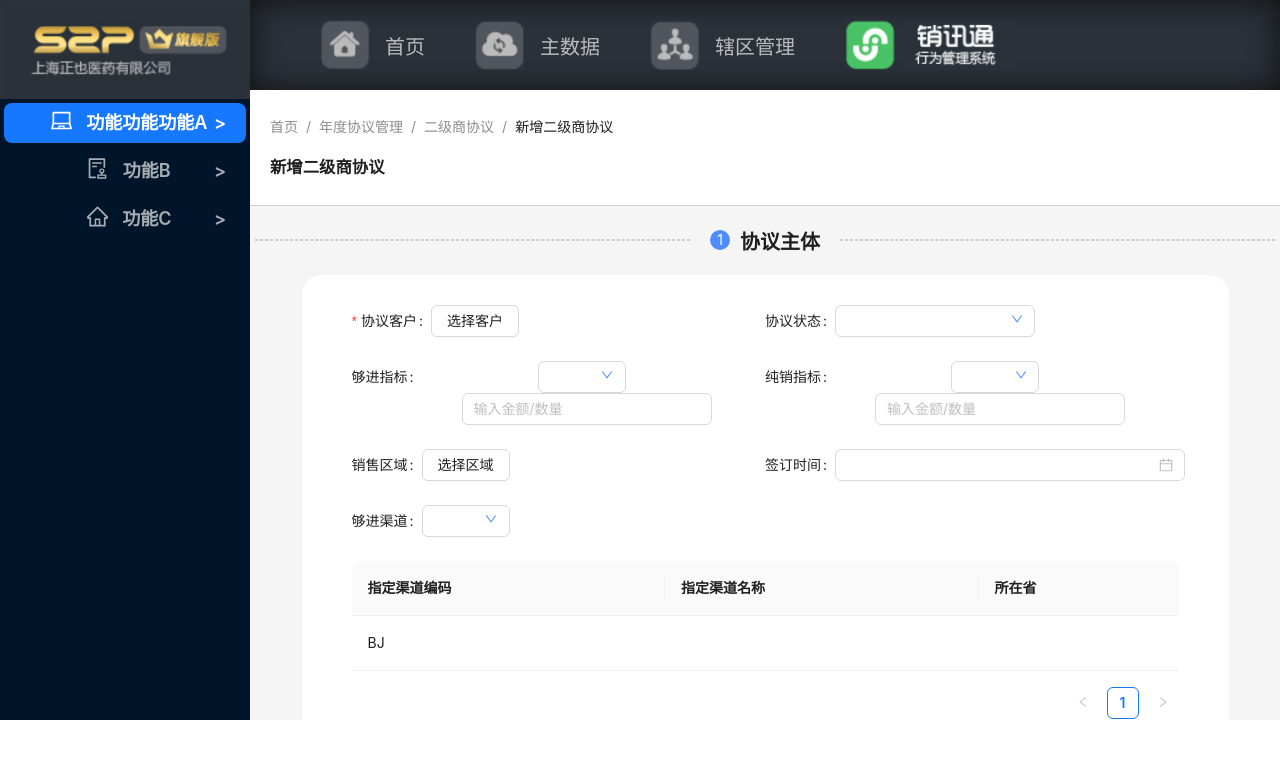
Repository: XiChips/questionB
Page: /
These files come from the project's save history. The page is drawn as it stood at one moment and after the next save; the edit follows.
The browser window is 1280 px wide. The pictures show the whole page.
The project was rebuilt for these pictures with package versions that can differ from the ones it lists, and the page was loaded fresh each time. Also part of the build but not shown: vue.config.js.

Above is the page before, as saved 2024-02-28 13:27:32.

### src/main.js
import { createApp } from 'vue'
import App from './App.vue'
import router from './router'
import store from './store'
import { setupAntd } from './ant-design-vue/index'
import { message } from "ant-design-vue";
import './assets/css/index.css'
// import axios from "axios";
// moment.locale('zh-cn')
const app = createApp(App)
setupAntd(app)
// app.use(Button).use(Layout)
app.use(store).use(router).mount('#app')



// app.config.globalProperties.$axios = axios
app.config.globalProperties.$message = message

### src/router/index.js
import { createRouter, createWebHashHistory } from 'vue-router'

const routes = [
  {
    path: '/',
    name: 'home',
    component: () => import('../views/home.vue')
  },
  {
    path: '/about',
    name: 'about',

    component: () => import('../views/AboutView.vue')
  }
]

const router = createRouter({
  history: createWebHashHistory(),
  routes
})

export default router

### src/ant-design-vue/index.js
import { Button, Layout, Image, Form, Checkbox,Radio, Input, Popover, Menu, Drawer, Breadcrumb, Typography, message, Divider, Table, DatePicker, Popconfirm, Space, InputNumber, Select, PageHeader, Steps, Statistic, Transfer, Upload, Switch, Modal, Tabs } from 'ant-design-vue';

// import 'ant-design-vue/dist/antd.min.css'

const components = [
    Button,
    Layout,
    Form,
    Input,
    Menu,
    Breadcrumb,
    Table,
    Popconfirm,
    Select,
    PageHeader,
    Steps,
    Transfer,
    Upload,
    Switch,
    Modal,
    Tabs,
    Statistic,
    InputNumber,
    Space,
    DatePicker,
    Divider,
    Image,
    Typography,
    Drawer,
    Popover,
    Radio,
    Checkbox
]

export function setupAntd(app) {
    components.forEach(component => {
        app.use(component)
    })
    app.config.globalProperties.$message = message
}

### src/assets/css/index.css
body {
    margin: 0;
}

.logo img {
    width: 100%;
}

:where(.css-dev-only-do-not-override-1hsjdkk).ant-menu-dark {
    background-color: rgb(42, 49, 57);
}

.ant-menu .anticon {
    margin-right: 10px;
    font-size   : 18px;
}


.ant-upload-select-picture-card i {
    font-size: 32px;
    color    : #999;
}

.ant-upload-select-picture-card .ant-upload-text {
    margin-top: 8px;
    color     : #666;
}

.ant-upload-list-picture-card .ant-upload-list-item:hover .ant-upload-list-item-info:before {
    left: 0;
}

.ant-page-header {
    background: #fff;
}

.ant-page-header.has-breadcrumb {
    padding: 5px 24px;
}

.ant-menu {
    font-size  : 18px;
    font-weight: 600;
}

.ant-tabs-tab span {
    color      : #000;
    font-weight: bold;
    display    : inline-block;
}


.ant-upload-list-picture-card .ant-upload-list-item-info:before {
    left: 0
}

hr {
    width       : 90%;
    margin      : 0 auto;
    border-color: #99999910;
}

.title {
    background-color: rgb(42, 49, 57);
    display         : flex;
    height          : fit-content;
    padding         : 20px 70px;
    color           : rgb(187, 187, 187);
    box-shadow      : inset 0px 0 30px #111;
}

.title>div {
    margin-right: 50px;
    font-size   : 20px;
}

.title img {
    width         : 50px;
    height        : 50px;
    margin-right  : 15px;
    vertical-align: middle;
}

.title span {
    display         : inline-block;
    vertical-align  : middle;
    /* margin-bottom: 5px; */
}

:where(.css-dev-only-do-not-override-1hsjdkk).ant-menu-inline.ant-menu-root .ant-menu-item>.ant-menu-title-content,
:where(.css-dev-only-do-not-override-1hsjdkk).ant-menu-inline.ant-menu-root .ant-menu-submenu-title>.ant-menu-title-content {
    flex: none;
}

.ant-menu .anticon svg {
    width : 1.5em;
    height: 1.5em;
}

.title2 {
    display        : flex;
    justify-content: space-between;
    align-items    : center;
}

.title2>div {
    width: 300px;
}

.title2 hr {
    height: 1px;
    border: 1px dashed #ccc;
    margin: 0 5px;
}

.title2 span {
    display         : inline-block;
    width           : 20px;
    height          : 20px;
    line-height     : 20px;
    background-color: rgb(79, 140, 255);
    color           : #fff;
    border-radius   : 50%;
    margin-right    : 10px;
    vertical-align  : middle;
}


.title2 p {
    display       : inline-block;
    font-size     : 20px;
    vertical-align: middle;
    font-weight   : bold;
}

.area {
    background-color: #fff;
    border-radius   : 20px;
    width           : 90%;
    margin          : 0 auto;
    padding         : 30px 50px;
}

.line2 {
    display        : flex;
    justify-content: space-between;
}

.line2>div {
    width: 50%;
}

.area .ant-form-item-control-input {
    width: 25vw;
}

.ant-form-item-control-input-content {
    flex: none !important;
}

:where(.css-dev-only-do-not-override-1hsjdkk).ant-form-item .ant-form-item-label {
    /* position: relative; */
    overflow: visible;
}

:where(.css-dev-only-do-not-override-1hsjdkk).ant-form-item .ant-form-item-label>label.ant-form-item-required:not(.ant-form-item-required-mark-optional)::before {
    position: absolute;
    left    : -12px;
    top     : 7px
}

:where(.css-dev-only-do-not-override-1hsjdkk).ant-select .ant-select-arrow .anticon>svg{
    vertical-align: middle;
}

### src/views/home.vue
<template>
  <a-layout>
    <a-layout>
      <a-layout-sider width="250">
        <a-menu theme="dark" v-model:selectedKeys="selectedKeys" v-model:openKeys="openKeys" mode="inline" :style="{ height: '100%', borderRight: 0 }">
          <div class="logo">
            <img src="../assets/images/logo.png" alt="">
          </div>
          <!-- <hr /> -->

          <div v-for="(item, i) in links" style="display: flex;justify-content: space-between;">
            <a-menu-item v-if="item.children == undefined" :key="`item${i}_0`" @click="changeTab(item.name)">
              <LaptopOutlined v-if="item.name == '功能功能功能A'" />
              <AuditOutlined v-if="item.name == '功能B'" />
              <HomeOutlined v-if="item.name == '功能C'" />
              {{ item.name }}
              <span style="position: absolute;right: 20px;">{{ ">" }}</span>
            </a-menu-item>

          </div>
        </a-menu>
      </a-layout-sider>
      <a-layout style="padding: 0px 0px 24px" theme="dark">
        <a-layout-content :style="{ background: 'rgb(245,245,245)', padding: '0px', margin: 0, minHeight: '280px', }">

          <div class="title">
            <div><img src="../assets/images/icon1.png" alt=""><span>首页</span></div>
            <div><img src="../assets/images/icon2.png" alt=""><span>主数据</span></div>
            <div><img src="../assets/images/icon3.png" alt=""><span>辖区管理</span></div>
            <div><img src="../assets/images/icon4.png" alt=""><img src="../assets/images/text.png" style="width: auto;margin-left: -5px;" alt=""></div>
          </div>
          <div style="padding: 10px 20px;background-color: rgb(255,255,255);border-bottom: 1px solid #ccc;">
            <a-breadcrumb :style="{ margin: '36px 20px' }">
              <a-breadcrumb-item>首页</a-breadcrumb-item>
              <a-breadcrumb-item>年度协议管理</a-breadcrumb-item>
              <a-breadcrumb-item>二级商协议</a-breadcrumb-item>
              <a-breadcrumb-item>新增二级商协议</a-breadcrumb-item>
            </a-breadcrumb>
            <h3 style="text-align: left;">
              新增二级商协议
            </h3>
          </div>
          <div class="content">
            <div class="title2">
              <hr>
              <div>
                <span>1</span>
                <p>协议主体</p>
              </div>
              <hr>
            </div>
            <div class="area">
              <a-form :model="formState" autocomplete="off" @finish="onFinish" @finishFailed="onFinishFailed">
                <div class="line2">

                  <a-form-item label="协议客户" :rules="[{ required: true}]">
                    <a-button v-if="visible" @click="selectCustom">选择客户</a-button>
                    <a-select defaultOpen v-if="!visible" v-model:value="inputs.value1c" show-search placeholder="" style="width: 200px" :options="options" :filter-option="filterOption" @focus="handleFocus" @blur="handleBlur" @change="changeCustom"></a-select>
                    <span style="margin-left: 20px;">{{ inputs.value1 }}</span>
                  </a-form-item>
                  <a-form-item label="协议状态">
                    <a-select v-model:value="inputs.value2" placeholder="" style="width: 200px" :options="options2" :filter-option="filterOption" @focus="handleFocus" @blur="handleBlur" @change="handleChange">
                      <template #suffixIcon>
                        <down-outlined style="width: 15px;height: 15px;color: rgb(78,139,254);" />
                      </template>
                    </a-select>
                  </a-form-item>
                </div>
                <div class="line2">
                  <a-form-item label="够进指标">
                    <a-select v-model:value="inputs.value3" placeholder="" style="width: 88px" :options="options3" :filter-option="filterOption" @focus="handleFocus" @blur="handleBlur" @change="handleChange">
                      <template #suffixIcon>
                        <down-outlined style="width: 15px;height: 15px;color: rgb(78,139,254);" />
                      </template>
                    </a-select>
                    <a-input v-model:value="inputs.value3" placeholder="输入金额/数量" style="width: 250px;margin-left: 10px;"></a-input>
                  </a-form-item>
                  <a-form-item label="纯销指标">
                    <a-select v-model:value="inputs.value3" placeholder="" style="width: 88px" :options="options3" :filter-option="filterOption" @focus="handleFocus" @blur="handleBlur" @change="handleChange">
                      <template #suffixIcon>
                        <down-outlined style="width: 15px;height: 15px;color: rgb(78,139,254);" />
                      </template>
                    </a-select>
                    <a-input v-model:value="inputs.value3" placeholder="输入金额/数量" style="width: 250px;margin-left: 10px;"></a-input>
                  </a-form-item>
                </div>
                <div class="line2">
                  <a-form-item label="销售区域">
                    <a-button v-if="visible2" @click="selectArea">选择区域</a-button>
                    <a-select v-if="!visible2" v-model:value="inputs.value7c" placeholder="" style="width: 88px" :options="options4" :filter-option="filterOption" @focus="handleFocus" @blur="handleBlur" @change="changeArea">
                      <template #suffixIcon>
                        <down-outlined style="width: 15px;height: 15px;color: rgb(78,139,254);" />
                      </template>
                    </a-select>
                    <a-button type="primary" v-if="inputs.value7.length" v-for="(item,id) in inputs.value7" style="margin-left: 10px;"><span @click="deleteItem(id)">{{ item }}
                        <close-outlined /></span></a-button>
                  </a-form-item>
                  <a-form-item label="签订时间">
                    <a-date-picker placeholder="" show-time v-model:value="value1" style="width:350px" />
                  </a-form-item>
                </div>
              </a-form>
              <div class="line2">
                <a-form-item label="够进渠道">
                  <a-select v-model:value="inputs.value3" placeholder="" style="width: 88px" :options="options5" :filter-option="filterOption" @focus="handleFocus" @blur="handleBlur" @change="handleChange">
                    <template #suffixIcon>
                      <down-outlined style="width: 15px;height: 15px;color: rgb(78,139,254);" />
                    </template>
                  </a-select>
                </a-form-item>
              </div>

              <a-table :dataSource="data" :columns="columns" />

            </div>
          </div>
          <!-- <router-view v-else></router-view> -->
        </a-layout-content>
      </a-layout>

    </a-layout>
  </a-layout>
</template>
<script>
import {
  UserOutlined,
  LaptopOutlined,
  NotificationOutlined,
  HomeOutlined,
  TeamOutlined,
  DesktopOutlined,
  BarChartOutlined,
  ContactsOutlined,
  AuditOutlined,
  ScheduleOutlined,
  ToolOutlined,
  FundProjectionScreenOutlined,
  UserSwitchOutlined,
  TransactionOutlined,
  DownOutlined,
  CloseOutlined
} from "@ant-design/icons-vue";
import { defineComponent, ref } from "vue";

export default defineComponent({
  components: {
    UserOutlined,
    LaptopOutlined,
    NotificationOutlined,
    HomeOutlined,
    TeamOutlined,
    DesktopOutlined,
    BarChartOutlined,
    ContactsOutlined,
    AuditOutlined,
    ScheduleOutlined,
    ToolOutlined,
    FundProjectionScreenOutlined,
    UserSwitchOutlined,
    TransactionOutlined,
    DownOutlined,
    CloseOutlined
  },
  name: "home",
  data() {
    return {
      activeKey: 0,
      formState: {
        username: "",
        password: "",
      },
      inputs: {
        value1: "",
        value1c: "",
        value2: "",
        value3: "",
        value4: "",
        value7c: "",
        value7: [],
      },
      visible: true,
      visible2: true,
      links: [
        {
          name: "功能功能功能A",
        },
        {
          name: "功能B",
        },
        {
          name: "功能C",
        },
      ],
      options: [{ value: "上海正也医药有限公司", id: "上海正也医药有限公司" }],
      options2: [{ value: "正常", id: "正常" }, { value: "异常", id: "异常" }],
      options3: [{ value: "金额", id: "金额" }, { value: "金额", id: "金额" }],
      options4: [{ value: "全国", id: "全国" }, { value: "上海", id: "上海" }],
      options5: [{ value: "指定渠道", id: "指定渠道" }],
      pages: [{ name: "首页", link: "/" }],
      data: [{
        col1: "BJ",
        col2: "",
        col3: "",
      }],
      columns: [
        {
          title: '指定渠道编码',
          dataIndex: 'col1',
          key: 'col1',
        },
        {
          title: '指定渠道名称',
          dataIndex: 'col2',
          key: 'col2',
        },
        {
          title: '所在省',
          dataIndex: 'col3',
          key: 'col3',
        }
      ],
      routes: [],
    };
  },
  setup() {
    return {
      selectedKeys: ref(["item0_0"]),
      collapsed: ref(false),
      openKeys: ref(["title1"]),
      basePath: "/index",
    };
  },
  methods: {
    changeTab() {

    },
    selectCustom() {
      this.visible = false
      this.inputs.value1c = ""
    },
    changeCustom() {
      this.visible = true
      this.inputs.value1 = this.inputs.value1c
    },
    selectArea() {
      this.visible2 = false
      this.inputs.value7c = ""
    },
    changeArea() {
      this.inputs.value7.push(this.inputs.value7c)
      this.inputs.value7 = Array.from(new Set(this.inputs.value7))
      this.inputs.value7c = ""
    },
    deleteItem(id) {
      this.inputs.value7.splice(id, 1)
    }
  },
  created() { },
  beforeMounte() { },
  mounted() {

  },
  watch: {
    $route(to, from) {
      // console.log(from.path);//从哪来
      // console.log(to.path);//到哪去
    },
  },
});
</script>
<style>
.ant-layout {
  height: 100vh;
}
.ant-breadcrumb {
  margin: 16px 0 !important;
}
</style>

Loaded but not shown: public/index.html (common file); src/App.vue (common file); src/store/index.js (common file)

After the next save:
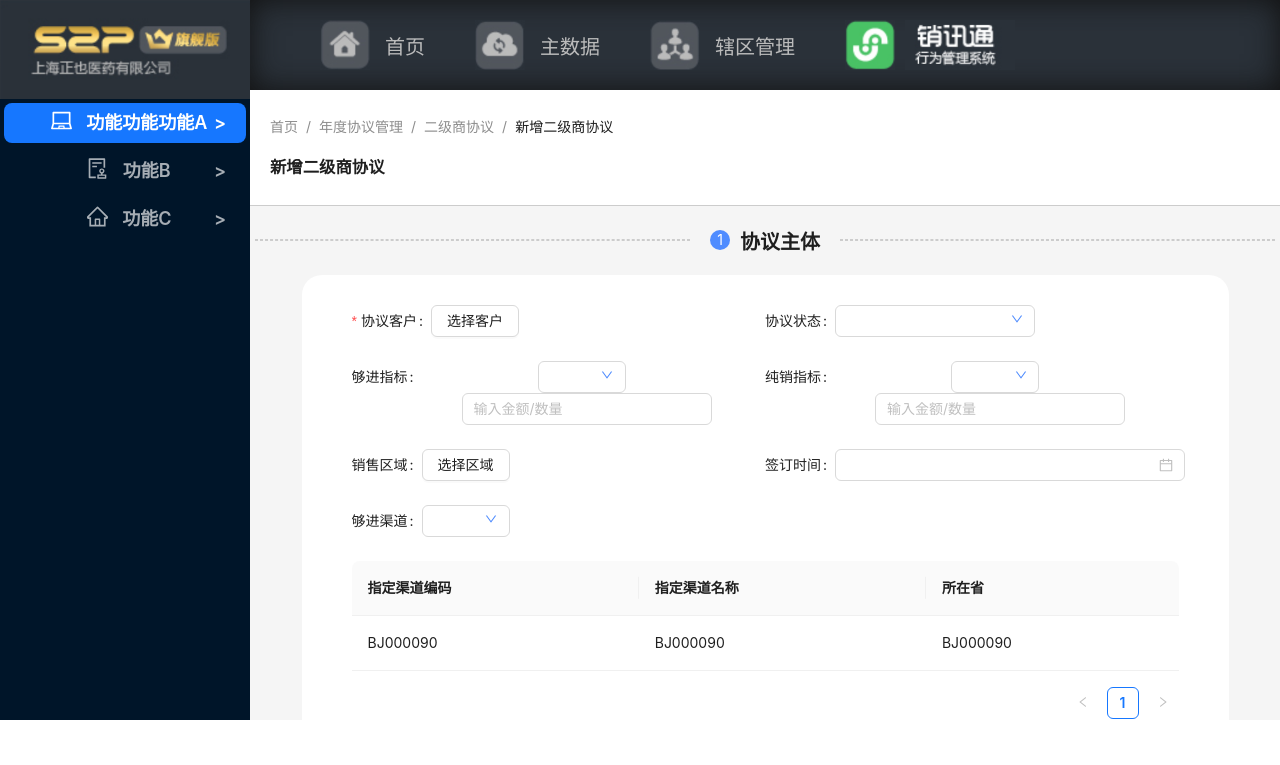
Saved 6 s later.
--- a/src/views/home.vue
+++ b/src/views/home.vue
@@ -198,9 +198,9 @@
       options5: [{ value: "指定渠道", id: "指定渠道" }],
       pages: [{ name: "首页", link: "/" }],
       data: [{
-        col1: "BJ",
-        col2: "",
-        col3: "",
+        col1: "BJ000090",
+        col2: "BJ000090",
+        col3: "BJ000090",
       }],
       columns: [
         {
